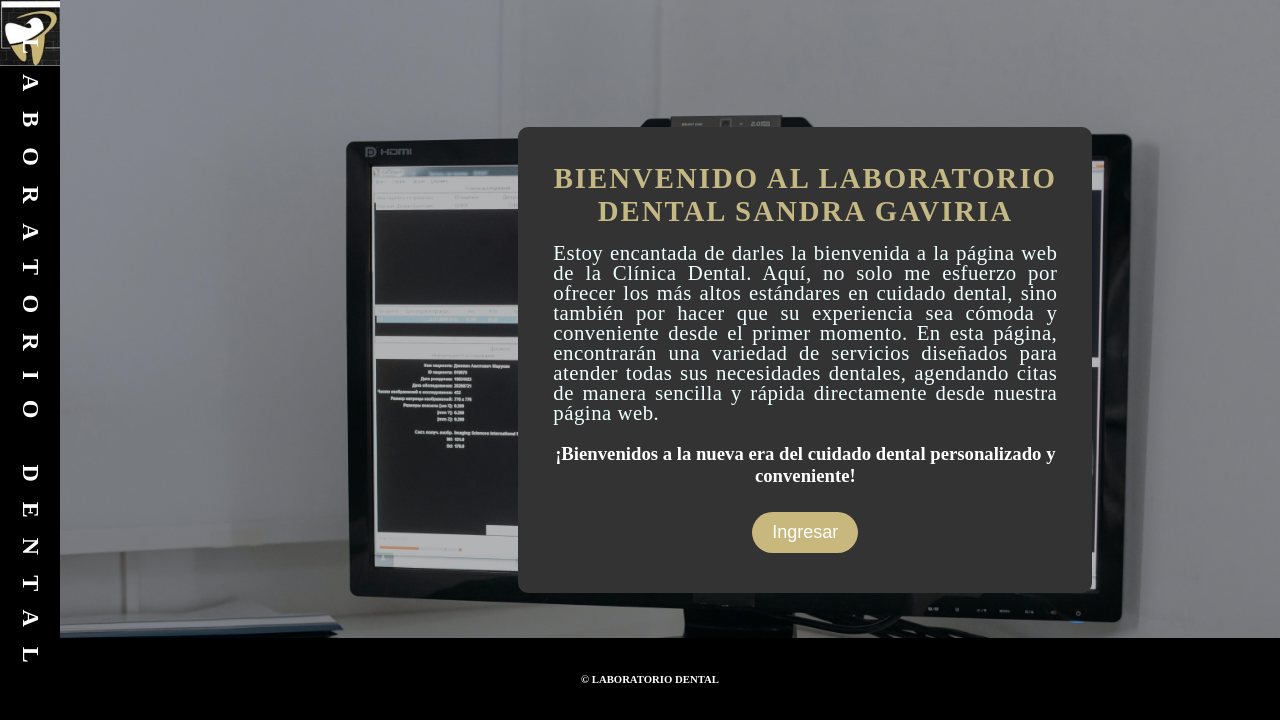
Repository: IIntef/ProyectoDental2.0
Page: Proyecto/Proyecto/Fer.html
An editor plug-in stored every save of this project. The page is shown before and after the next save, followed by the edit.
The browser window is 1280 px wide. The pictures show the whole page.

Above is the page before, as saved 2024-06-18 14:31:41.

After the next save:
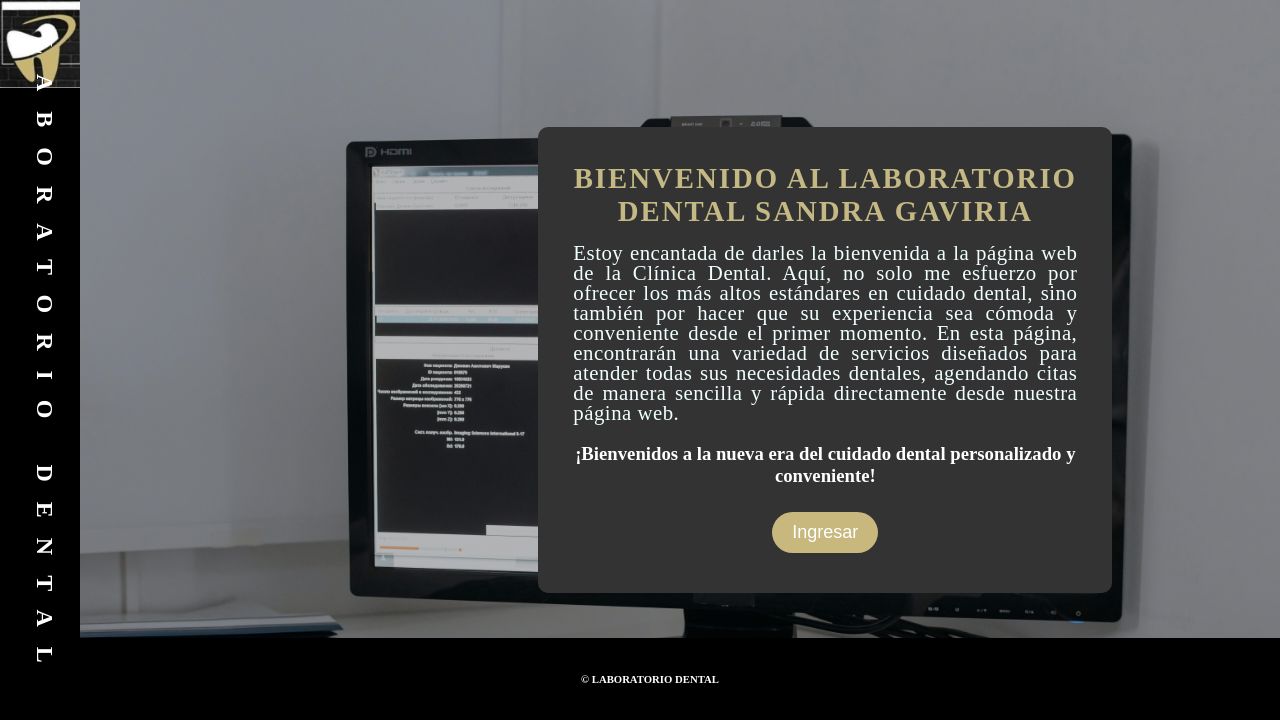
Saved 2 min 5 s later.
--- a/Proyecto/Proyecto/StyleFer.css
+++ b/Proyecto/Proyecto/StyleFer.css
@@ -28,7 +28,7 @@ header h1 {
 
 header img {
     width: 8vw;
-    max-width: 60px;
+    max-width: 80px;
 }
 
 main{
